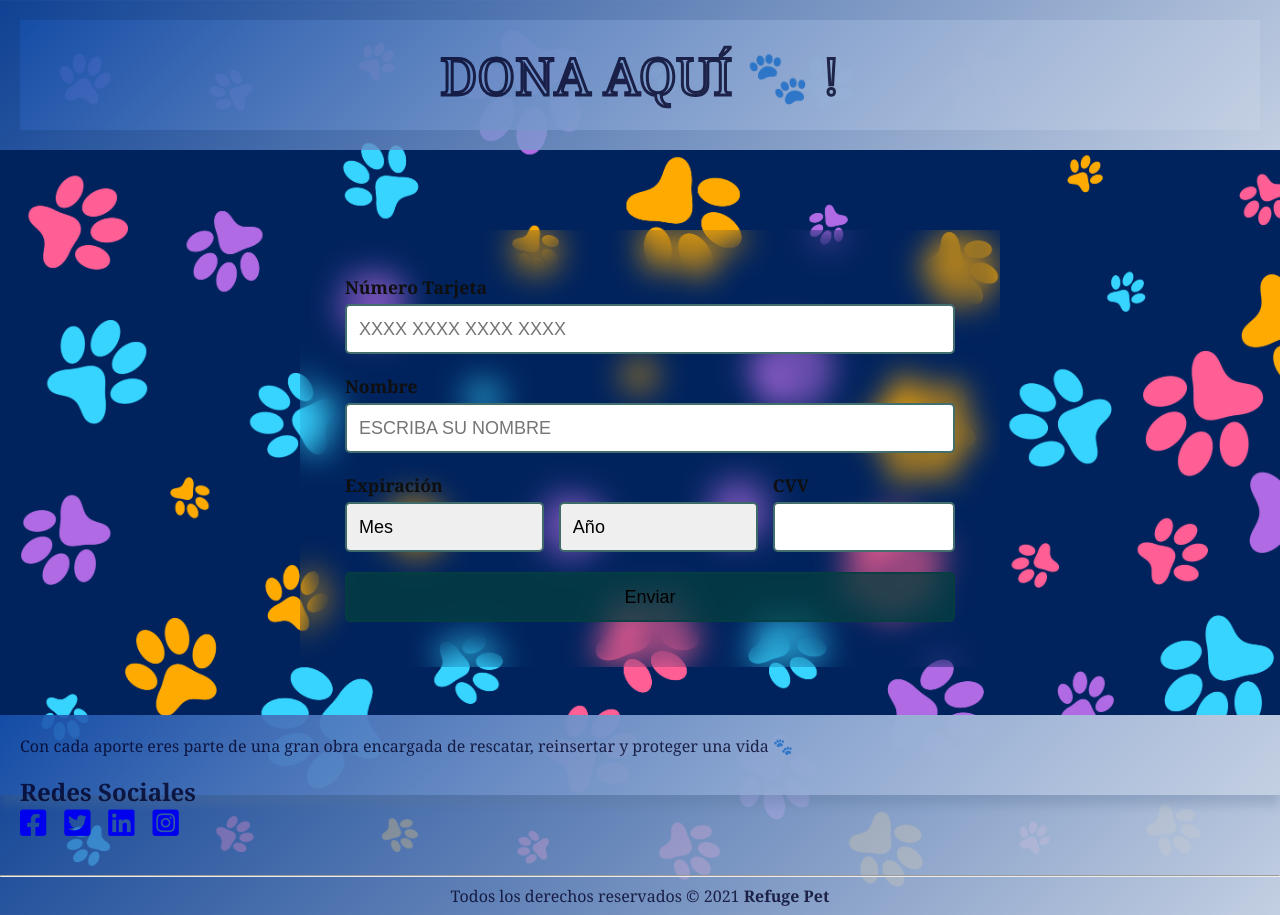
Repository: andreasvidal/SCL019-card-validation
Page: src/views/cardvalidation.html
The author's editor kept a copy of each file at every save. The page is drawn from the files as they stood at one save, then again after the next save.
The browser window is 1280 px wide. The pictures show the whole page.
Some web fonts or font styles are not loaded; a fallback is used. Some web libraries are served in a nearby version.

Above is the page before, as saved 2022-04-13 10:38:51.

### src/views/cardvalidation.html
<!DOCTYPE html>
<html lang="en">

<head>
    <meta charset="UTF-8" />
    <meta http-equiv="X-UA-Compatible" content="IE=edge" />
    <meta name="viewport" content="width=device-width, initial-scale=1.0" />
    <link rel="preconnect" href="https://fonts.googleapis.com" />
    <link rel="preconnect" href="https://fonts.gstatic.com" crossorigin />
    <link href="https://fonts.googleapis.com/css2?family=Lato:ital,wght@0,400;1,700&display=swap" rel="stylesheet" />
    <link rel="preconnect" href="https://fonts.googleapis.com" />
    <link rel="preconnect" href="https://fonts.gstatic.com" crossorigin />
    <link href="https://fonts.googleapis.com/css2?family=Hurricane&family=Lato:ital,wght@1,700&display=swap" rel="stylesheet" />
    <link rel="stylesheet" href="https://use.fontawesome.com/releases/v5.8.1/css/all.css" integrity="sha384-50oBUHEmvpQ+1lW4y57PTFmhCaXp0ML5d60M1M7uH2+nqUivzIebhndOJK28anvf" crossorigin="anonymous" />
    <link rel="stylesheet" href="../css/formstyle.css" />
    <link rel="stylesheet" href="../css/style.css" />
    <title>Formulario</title>
</head>

<!--contenido principal formulario-->

<body>
    <div class="subtitle">
        <p class="subtitle">DONA AQUÍ 🐾 !</p>
    </div>
    <form id="formValidation" class="form-validation">
        <div class="bg-blur">
            <div class="data-card" id="dataForm">
                <label for="inputNumber">Número Tarjeta</label>
                <input type="text" id="inputNumber" name="number" maxlength="16" autocomplete="off" pattern="[0-9]+" placeholder="XXXX XXXX XXXX XXXX" required />
                <h5 id="print"></h5>
            </div>
            <div class="data-card">
                <label for="inputNameUser">Nombre </label>
                <input type="text" id="inputNameUser" name="nameUser" placeholder="Escriba su nombre" required />
                <h5 id="print"></h5>
            </div>
            <!--datos expiración tarjeta-->
            <div class="flexbox">
                <div class="data-card expider-date">
                    <label for="monthSelect">Expiración</label>
                    <div class="flexbox">
                        <div class="data-card-select">
                            <select name="monthSelect" id="monthSelect" required>
                <option disabled selected>Mes</option>
                <option value="1">1</option>
                <option value="2">2</option>
                <option value="3">3</option>
                <option value="4">4</option>
                <option value="5">5</option>
                <option value="6">6</option>
                <option value="7">7</option>
                <option value="8">8</option>
                <option value="9">9</option>
                <option value="10">10</option>
                <option value="11">11</option>
                <option value="12">12</option>
              </select>
                        </div>
                        <div class="data-card-select">
                            <select name="yearSelect" id="yearSelect" required>
                <option disabled selected>Año</option>
                <option value="2">2014</option>
                <option value="5">2015</option>
                <option value="6">2016</option>
                <option value="7">2017</option>
                <option value="8">2018</option>
                <option value="9">2019</option>
                <option value="10">2020</option>
                <option value="11">2021</option>
                <option value="12">2022</option>
              </select>
                        </div>
                    </div>
                </div>
                <div class="data-card ccv">
                    <label for="inputCcv">CVV</label>
                    <input type="text" id="inputCcv" name="inputCcv" maxlength="3" required />
                </div>
            </div>
            <button type="submit" value="sendForm" class="btn-send" id="sendForm">
        Enviar
      </button>
        </div>
    </form>
    <footer>
        <div class="container__footer">
            <div class="box__footer">
                <div class="terms">
                    <p>
                        Con cada aporte eres parte de una gran obra encargada de rescatar, reinsertar y proteger una vida 🐾
                    </p>
                </div>
            </div>
            <div class="box__footer">
                <h2>Redes Sociales</h2>
                <a href="#"> <i class="fab fa-facebook-square"></i></a>
                <a href="#"><i class="fab fa-twitter-square"></i></a>
                <a href="#"><i class="fab fa-linkedin"></i></a>
                <a href="#"><i class="fab fa-instagram-square"></i></a>
            </div>
        </div>
        <div class="box__copyright">
            <hr />
            <p class="footer-txt">Todos los derechos reservados © 2021 <b>Refuge Pet</b></p>
        </div>
    </footer>
    <!-- jQuery-->
    <script src="https://ajax.googleapis.com/ajax/libs/jquery/3.6.0/jquery.min.js"></script>
    <!--materialize -->
    <!--JS-->
    <script src="../js/index.js" type="module"></script>
</body>

</html>

### src/css/formstyle.css
* {
    padding: 0;
    margin: 0;
    box-sizing: border-box;
}

body {
    font-family: 'Lato', 'sans-serif';
    background-image: url(../assets/img/fondopatas.jpg);
    background-size: cover;
    background-repeat: no-repeat;
}


/*estilos formulario validacion*/

.form-validation {
    color: beige;
    width: 100%;
    max-width: 700px;
    margin-left: 300px;
    border-radius: 10px;
    position: relative;
    top: 80px;
    z-index: 1;
}

.bg-blur {
    backdrop-filter: blur(1rem);
    width: 100%;
    padding: 45px;
}

.form-validation label {
    display: block;
    color: rgb(15, 15, 15);
    margin-bottom: 5px;
    font-size: 1.1rem;
    font-weight: 700;
}

.form-validation input,
.form-validation select,
.btn-send {
    border: 2px solid rgba(4, 63, 63, 0.753);
    font-size: 18px;
    height: 50px;
    width: 100%;
    padding: 5px 12px;
    border-radius: 5px;
}

.form-validation input:hover,
.form-validation select:hover {
    border: 2px solid rgb(23, 24, 24);
}

.form-validation input:focus,
.form-validation select:focus {
    outline: rgb(173, 182, 182);
    box-shadow: 0 8px 8px 0 rgba(32, 38, 46, 0.3);
}

.form-validation input {
    margin-bottom: 20px;
    text-transform: uppercase;
}

.form-validation .flexbox {
    display: flex;
    justify-content: space-between;
}

.form-validation .expider-date {
    width: 100%;
}

.form-validation .ccv {
    min-width: 10px;
}

.form-validation .data-card-select {
    width: 100%;
    margin-right: 15px;
    position: relative;
}

.form-validation select {
    -webkit-appearance: none;
}


/*backgrond btn enviar*/

.btn-send {
    background: rgba(4, 63, 63, 0.753);
    ;
}

.btn-send:hover {
    background-color: rgba(94, 126, 136, 0.651);
    cursor: pointer;
}

#print {
    color: rgb(38, 41, 41);
    font-size: 16px;
}


/*footer*/

.terms {
    height: 30px;
    margin-bottom: 50px;
}

footer,
.container__footer {
    width: 100%;
    margin-top: 10%;
    background-size: cover;
    background-image: linear-gradient(135deg, #1650adad 0%, #c3cfe2 100%);
    box-shadow: 0 10px 10px 0 rgba(90, 116, 148, 0.3);
    color: rgba(2, 3, 39, 0.8);
}

.box__footer {
    padding: 20px;
    height: 10px;
}

.fab {
    padding-right: 40px;
    width: 20px;
    height: 20px;
    font-size: 30px;
}

.box__copyright {
    padding-top: 5rem;
    text-align: center;
    font-family: Georgia, 'Times New Roman', Times, serif;
    font-size: 1rem;
}

.footer-txt {
    padding: 0.5rem;
}

### src/css/style.css
     * {
         padding: 0;
         margin: 0;
         box-sizing: border-box;
     }

     body {
         font-family: 'Lato', 'sans-serif';
         background-image: url(../assets/img/fondopatas.jpg);
         font-family: Georgia, 'Times New Roman', Times, serif;
     }
     /*estilo titulo*/

     .title-h1 {
         display: flex;
         flex-direction: column;
         align-items: center;
         color: rgba(2, 3, 39);
         font-size: 8vw;
         background-image: linear-gradient(135deg, #1650adad 0%, #c3cfe2 100%);
         background: url(../assets/img/background-card/pngwing.com\ \(3\).png);
         background-repeat: no-repeat;
         background-size: contain;
         background-position: 15rem;
     }

     .subtitle {
         text-align: center;
         padding: 20px;
         color: rgb(74, 80, 80);
         font-size: 4vw;
         -webkit-text-fill-color: transparent;
         -webkit-text-stroke: 3px rgba(2, 3, 39, 0.8);
         background-image: linear-gradient(135deg, #1650adad 0%, #c3cfe2 100%);
     }

     .img-banner {
         display: flex;
         height: 500px;
         z-index: -1;
         flex-direction: row;
         margin-left: 50px;
         align-items: center;
         margin-bottom: -50px;
         border-radius: 15px;
     }
     /*contenedor tarjeta*/

     .container {
         width: 90%;
         max-width: 1000px;
         padding: 20px 60px;
         margin: auto;
         display: flex;
         /* deja los elementos en forma de columna*/
         flex-direction: column;
         /*align-items no sirve para centrar de forma vertical (se utiliza justify), se utiliza al cambiar la dirección con flex-direction*/
         align-items: center;
     }
     /*estilo tarjeta*/

     .card {
         padding-top: 30px;
         width: 100%;
         max-width: 550px;
         position: relative;
         color: rgb(37, 36, 36);
         cursor: pointer;
     }

     .card>div {
         padding: 30px;
         border-radius: 15px;
         min-height: 315px;
         display: flex;
         flex-direction: column;
         justify-content: space-between;
         box-shadow: 0 10px 10px 0 rgba(90, 116, 148, 0.822);
     }

     .style-card {
         width: 100%;
         background: url(../assets/img/background-card/bg-img-2.jpg);
         background-size: cover;
     }
     /*para mantener el espeacio de la imagen logo (contenedor vacio)*/

     .style-card .logo-card {
         text-align: right;
         min-height: 50px;
     }

     .style-card .logo-card img {
         width: 100%;
         height: 100%;
         object-fit: cover;
         max-width: 80px;
     }

     .style-card .chip-card {
         width: 100%;
         max-width: 50px;
         margin-bottom: 20px;
     }

     .style-card .form-group .card-label {
         font-size: 16px;
         color: rgb(115, 131, 131);
         margin-bottom: 5px;
     }

     .style-card .card-group .number-card,
     .style-card .card-group .name-card,
     .style-card .card-group .expider {
         /*color: rgb(74, 80, 80);*/
         font-size: 22px;
         text-transform: uppercase;
     }

     .style-card .flexbox {
         display: flex;
         justify-content: space-between;
         margin-top: 20px;
     }
     /*btn abrir formulario*/

     .btn-open {
         color: rgb(195, 214, 214);
         box-shadow: 0 10px 10px 0 rgba(90, 116, 148, 0.3);
         background: rgba(183, 0, 255, 0.514);
         width: 50px;
         height: 50px;
         margin-top: -10px;
         border-radius: 100%;
         z-index: 2;
     }

     .btn-open:hover {
         opacity: 0.50;
         -moz-opacity: .50;
         filter: alpha (opacity=50);
     }

     .btn-open {
         text-decoration: none;
         padding-top: 15px;
         text-align: center;
     }

### src/js/index.js
/*import validator from '../js/validator.js';

//Llamando al DOM

const btnForm = document.getElementById("sendForm");
const form = document.getElementById("#formValidation");
btnForm.addEventListener('click', function(e) {
    e.preventDefault();
    let creditCardNumber = document.getElementById('inputNumber').value;
    let maskified = validator.maskify(creditCardNumber);
    if (creditCardNumber === "") {
        return document.getElementById("print").innerHTML = "Reingrese su número de tarjeta sin espacios ni carácteres especiales";
    } else {
        return document.getElementById("print").innerHTML = "Tu tarjeta N° " + maskified + " es válida";
    }
})


// inputName solo letras, inputCcv y inputNumber  solo numeros
let inputNumber = document.getElementById('inputNumber');
let inputName = document.getElementById('inputNameUser');
let inputCcv = document.getElementById('inputCcv');

const onlyNum = /[^0-9]/g;
const onlypLet = /[^a-zA-ZÑñáéíóúÁÉÍÓÚ\s]*$/g;
inputNumber.addEventListener('input', function() {
    inputNumber.value = inputNumber.value.replace(onlyNum, '');
});
inputName.addEventListener('input', function() {
    inputName.value = inputName.value.replace(onlypLet, '');
});
inputCcv.addEventListener('input', function() {
    inputCcv.value = inputCcv.value.replace(onlyNum, '');
});

// mes y años
for (let i = 1; i <= 12; i++) {
    let optionDate = document.createElement('option');
    optionDate.value = i;
    optionDate.innerText = i;
    form.monthSelect.appendChild(optionDate);
}

// * Select del año generado dinamicamente.
const yearActual = new Date().getFullYear();
for (let i = yearActual; i <= yearActual + 8; i++) {
    let optionDate = document.createElement('option');
    optionDate.value = i;
    optionDate.innerText = i;
    optionDate.selectYear.appendChild(optionDate);
}*/

After the next save:
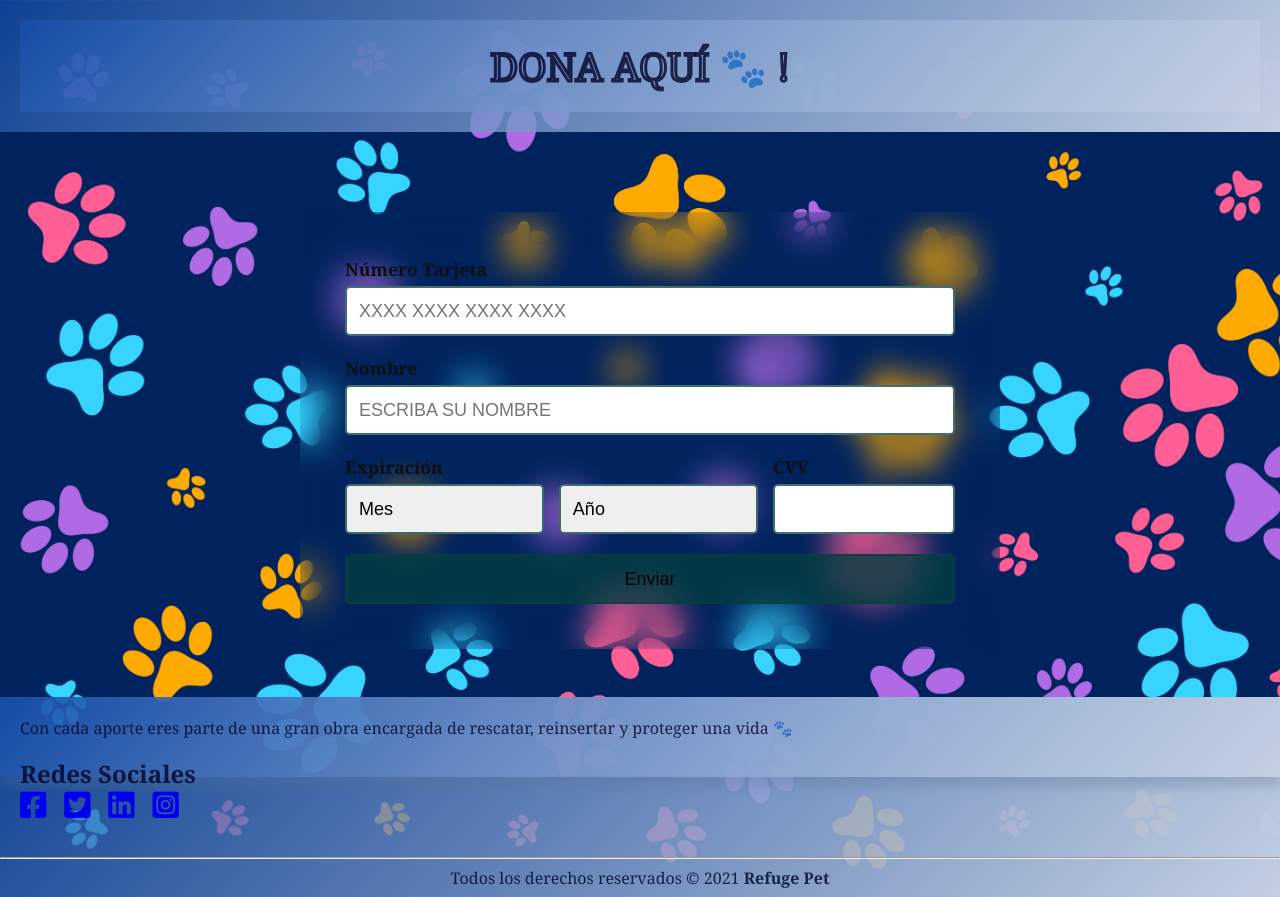
Saved 9 s later.
--- a/src/css/style.css
+++ b/src/css/style.css
@@ -28,7 +28,7 @@
          text-align: center;
          padding: 20px;
          color: rgb(74, 80, 80);
-         font-size: 4vw;
+         font-size: 3vw;
          -webkit-text-fill-color: transparent;
          -webkit-text-stroke: 3px rgba(2, 3, 39, 0.8);
          background-image: linear-gradient(135deg, #1650adad 0%, #c3cfe2 100%);
